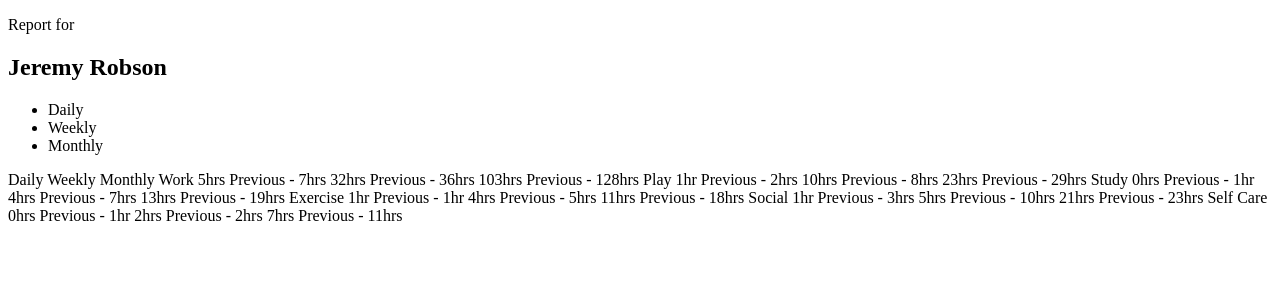
Repository: 3mr-5aled/time-tracking-dashboard-Junior
Page: index.html
These files come from the project's save history. The page is drawn as it stood at one moment and after the next save; the edit follows.
The browser window is 1280 px wide. The pictures show the whole page.

Above is the page before, as saved 2022-12-27 14:36:48.

After the next save:
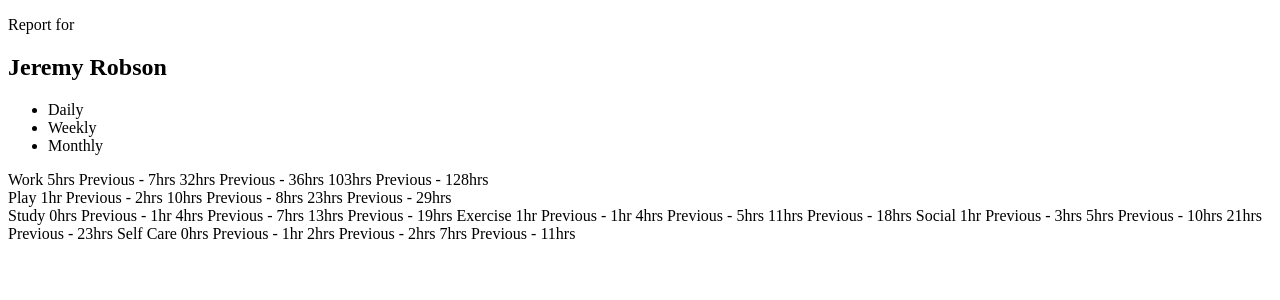
Saved 59 s later.
--- a/index.html
+++ b/index.html
@@ -36,31 +36,34 @@
         <li>Monthly</li>
       </ul>
     </div>
-    Daily Weekly Monthly Work 5hrs
-    <!-- daily -->
-    Previous - 7hrs
-    <!-- daily -->
-    32hrs
-    <!-- weekly -->
-    Previous - 36hrs
-    <!-- weekly -->
-    103hrs
-    <!-- monthly -->
-    Previous - 128hrs
-    <!-- monthly -->
-
-    Play 1hr
-    <!-- daily -->
-    Previous - 2hrs
-    <!-- daily -->
-    10hrs
-    <!-- weekly -->
-    Previous - 8hrs
-    <!-- weekly -->
-    23hrs
-    <!-- monthly -->
-    Previous - 29hrs
-    <!-- monthly -->
+    <div class="work">
+      Work 5hrs
+      <!-- daily -->
+      Previous - 7hrs
+      <!-- daily -->
+      32hrs
+      <!-- weekly -->
+      Previous - 36hrs
+      <!-- weekly -->
+      103hrs
+      <!-- monthly -->
+      Previous - 128hrs
+      <!-- monthly -->
+    </div>
+    <div class="play">
+      Play 1hr
+      <!-- daily -->
+      Previous - 2hrs
+      <!-- daily -->
+      10hrs
+      <!-- weekly -->
+      Previous - 8hrs
+      <!-- weekly -->
+      23hrs
+      <!-- monthly -->
+      Previous - 29hrs
+      <!-- monthly -->
+    </div>
 
     Study 0hrs
     <!-- daily -->
